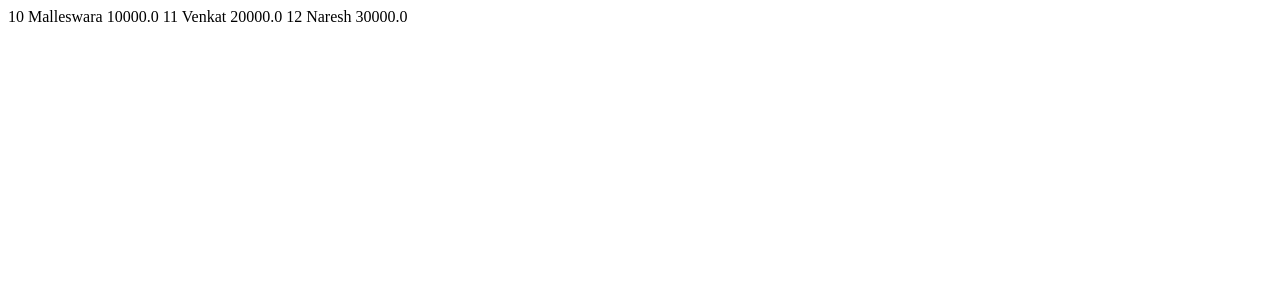
Repository: Malli120391/javacodes
Page: http://localhost/springmvc/readList
The author's editor kept a copy of each file at every save. The page is drawn from the files as they stood at one save, then again after the next save.
The browser window is 1280 px wide. The pictures show the whole page.
The page is served by Tomcat 9. Other server files are loaded and not shown.

Above is the page before, as saved 2020-09-08 14:17:08.

### springmvc/src/main/webapp/WEB-INF/dispatcher-servlet.xml
<?xml version="1.0" encoding="UTF-8"?>
<beans xmlns="http://www.springframework.org/schema/beans"
	xmlns:xsi="http://www.w3.org/2001/XMLSchema-instance" xmlns:context="http://www.springframework.org/schema/context"
	xmlns:p="http://www.springframework.org/schema/p"
	xsi:schemaLocation="http://www.springframework.org/schema/beans
    http://www.springframework.org/schema/beans/spring-beans-3.0.xsd
    http://www.springframework.org/schema/context
    http://www.springframework.org/schema/context/spring-context-3.0.xsd">

    <context:component-scan base-package="com.malleswara.springmvc.controller"></context:component-scan>

    <bean class="org.springframework.web.servlet.view.InternalResourceViewResolver" name="viewResoler">
    <property name="prefix">
    <value>/WEB-INF/views/</value>
    </property>
    <property name="suffix">
    <value>.jsp</value>
    </property>
    </bean>

	</beans>

### springmvc/src/main/webapp/WEB-INF/views/dispalyList.jsp
<%@ page language="java" contentType="text/html; charset=ISO-8859-1"
    pageEncoding="ISO-8859-1" import="com.malleswara.springmvc.dto.Employee,java.util.List"%>
<!DOCTYPE html>
<html>
<head>
<meta charset="ISO-8859-1">
<title>Employee Details</title>
</head>
<body>
<%
   List<Employee> employees =  (List<Employee>)request.getAttribute("employees");
    for(Employee e: employees){
    	out.println(e.getId());
    	out.println(e.getName());
    	out.println(e.getSalary());
    }
%>
</body>
</html>

### springmvc/src/main/java/com/malleswara/springmvc/controller/HelloController.java
package com.malleswara.springmvc.controller;

import org.springframework.stereotype.Controller;
import org.springframework.web.bind.annotation.RequestMapping;
import org.springframework.web.servlet.ModelAndView;

@Controller
public class HelloController {

	@RequestMapping("/hello")
	public ModelAndView hello() {
		ModelAndView modelandview = new ModelAndView();
		modelandview.setViewName("hello");

		modelandview.addObject("id", 123);
		modelandview.addObject("name", "APJ");
		modelandview.addObject("salary", 10000);
		return modelandview;
	}

}

### springmvc/src/main/java/com/malleswara/springmvc/controller/ListObject.java
package com.malleswara.springmvc.controller;

import java.util.ArrayList;

import org.springframework.stereotype.Controller;
import org.springframework.web.bind.annotation.RequestMapping;
import org.springframework.web.servlet.ModelAndView;

import com.malleswara.springmvc.dto.Employee;

@Controller
public class ListObject {

	@RequestMapping("/readList")
	public ModelAndView sendoject() {

	ModelAndView modelAndView = new ModelAndView();

	modelAndView.setViewName("dispalyList");

	Employee employee = new Employee();
	employee.setId(10);
	employee.setName("Malleswara");
	employee.setSalary(10000);

	Employee employee1 = new Employee();
	employee1.setId(11);
	employee1.setName("Venkat");
	employee1.setSalary(20000);

	Employee employee2 = new Employee();
	employee2.setId(12);
	employee2.setName("Naresh");
	employee2.setSalary(30000);

	ArrayList<Employee> employees = new ArrayList<Employee>();
	employees.add(employee);
	employees.add(employee1);
	employees.add(employee2);

	modelAndView.addObject("employees",employees);


	  return modelAndView;
}


}

### springmvc/src/main/java/com/malleswara/springmvc/controller/ObjectController.java
package com.malleswara.springmvc.controller;

import org.springframework.stereotype.Controller;
import org.springframework.web.bind.annotation.RequestMapping;
import org.springframework.web.servlet.ModelAndView;

import com.malleswara.springmvc.dto.Employee;

@Controller
public class ObjectController {

	@RequestMapping("/readObject")
	public ModelAndView sendoject() {

	ModelAndView modelAndView = new ModelAndView();

	modelAndView.setViewName("dispalyObject");

	Employee employee = new Employee();
	employee.setId(10);
	employee.setName("Malleswara");
	employee.setSalary(10000);
	modelAndView.addObject("employee",employee);


	  return modelAndView;
}

}

### springmvc/src/main/java/com/malleswara/springmvc/dto/Employee.java
package com.malleswara.springmvc.dto;

public class Employee {

	private int id;
	private String name;
	private double salary;

	public int getId() {
		return id;
	}
	public void setId(int id) {
		this.id = id;
	}
	public String getName() {
		return name;
	}
	public void setName(String name) {
		this.name = name;
	}
	public double getSalary() {
		return salary;
	}
	public void setSalary(int salary) {
		this.salary = salary;
	}
	@Override
	public String toString() {
		return "Employee [id=" + id + ", name=" + name + ", salary=" + salary + "]";
	}



}

After the next save:
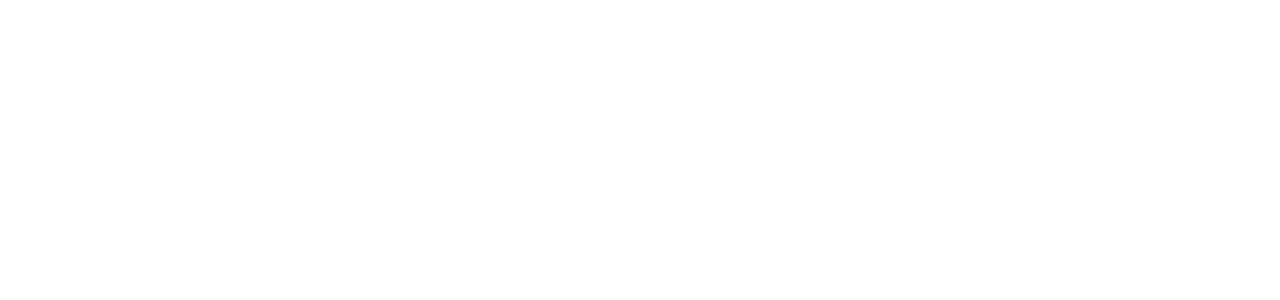
Saved 85 s later.
--- a/springmvc/src/main/webapp/WEB-INF/views/dispalyList.jsp
+++ b/springmvc/src/main/webapp/WEB-INF/views/dispalyList.jsp
@@ -7,13 +7,6 @@
 <title>Employee Details</title>
 </head>
 <body>
-<%
-   List<Employee> employees =  (List<Employee>)request.getAttribute("employees");
-    for(Employee e: employees){
-    	out.println(e.getId());
-    	out.println(e.getName());
-    	out.println(e.getSalary());
-    }
-%>
+
 </body>
 </html>

After the 2 saves that followed:
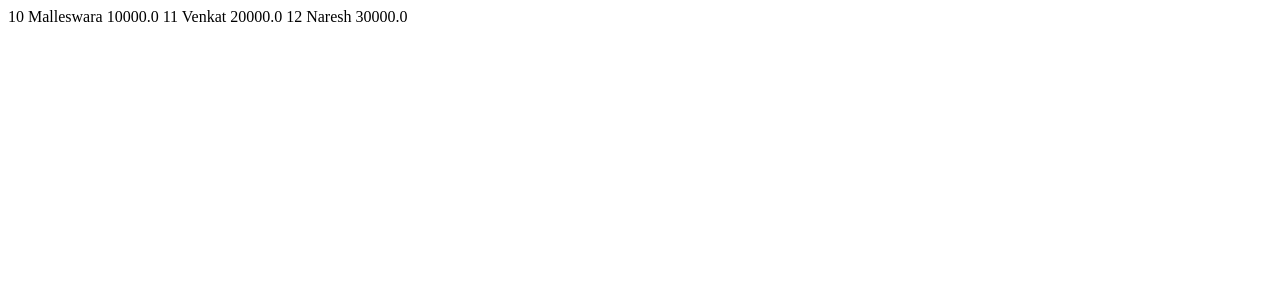
The 2 saves are shown as one change because 1 left the picture as it was.
The last was saved 43 s later.
--- a/springmvc/src/main/webapp/WEB-INF/views/dispalyList.jsp
+++ b/springmvc/src/main/webapp/WEB-INF/views/dispalyList.jsp
@@ -7,6 +7,13 @@
 <title>Employee Details</title>
 </head>
 <body>
-
+<%
+List<Employee> employees =  (List<Employee>)request.getAttribute("employees");
+for(Employee e: employees){
+	out.println(e.getId());
+	out.println(e.getName());
+	out.println(e.getSalary());
+}
+%>
 </body>
 </html>
